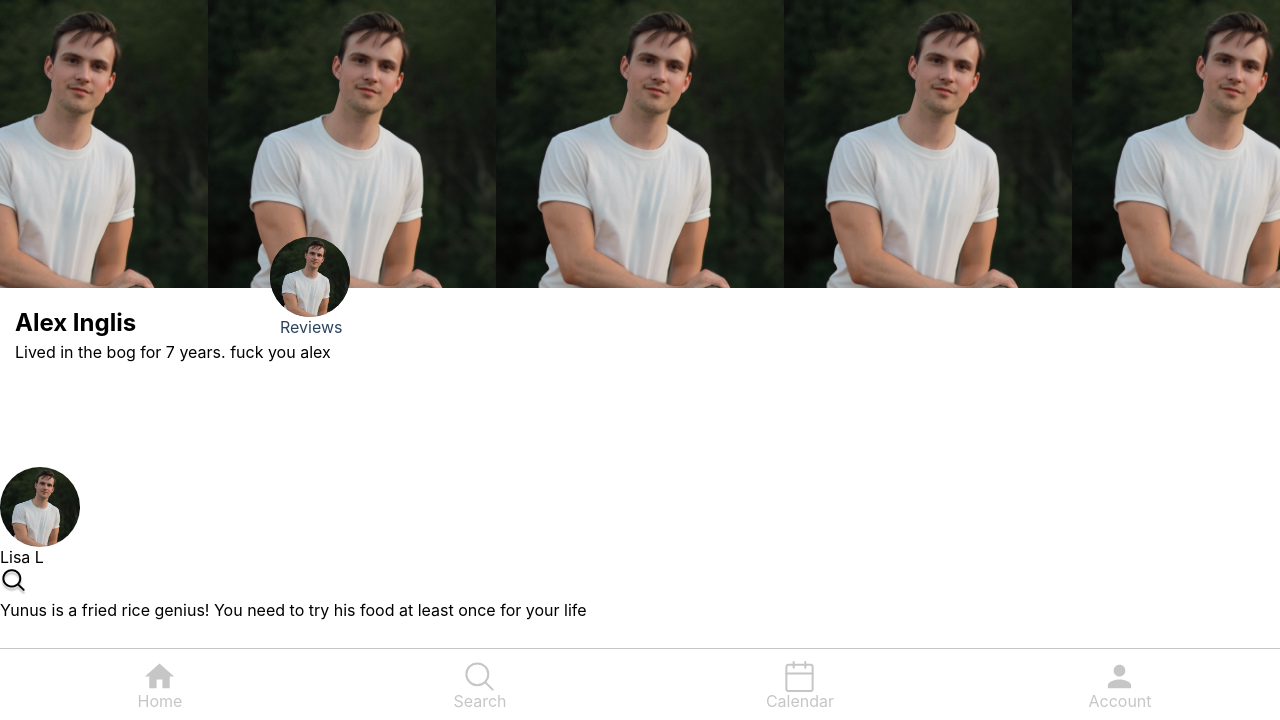
Repository: nguyenlejoe/HomeChef
Page: /MyAccountGourmet (app in app/)
The author's editor kept a copy of each file at every save. The page is drawn from the files as they stood at one save, then again after the next save.
The browser window is 1280 px wide. The pictures show the whole page.
The project was rebuilt for these pictures with package versions that can differ from the ones it lists, and the page was loaded fresh each time. Also part of the build but not shown: app/src/comps/MainButton/index.js, app/src/comps/ActivityPost/index.js.

Above is the page before, as saved 2020-11-07 11:20:13.

### app/src/App.js
import React from 'react';
//import logo from './logo.svg';
//import './App.css';
import Pages from './pages/ChefReview';

function App() {
  return (
    <Pages />
  );
}

export default App;

### app/src/pages/ChefReview.js
import React from 'react';
import './ChefPage.scss'
import NavBarGourmet from '../comps/NavBarGourmet';
import Avatar from '../comps/Avatar';
import RatingContainer from '../comps/ActivityPost';




export default function Home() {
  return<div className="app">
        <div className="CoverImage"></div>
        <div className="ChefDesc">
            <h2>Alex Inglis</h2>
            <p>Lived in the bog for 7 years. fuck you alex</p>
        </div>
        <div className="AvatarBox">
                <Avatar></Avatar>
                <a>Reviews</a>
        </div>
        <div className="ReviewList">
            <div className="review">
                <div className="AvatarBox">
                    <Avatar></Avatar>
                </div>
            </div>
            <div className="ReviewCont">
                <div className="ReviewProfile"><Avatar></Avatar>Lisa L</div>
                <div className="Rating">
                    <img src='/searchicon.png' />
                </div>
                <div>Yunus is a fried rice genius! You need to try his food at least once for your life</div>
            </div>
        </div>

        <div className="Nav">
          <NavBarGourmet
          bgimg = "/Search.png"
          title = "Search"
          btnState = {true}
          orderActive = {true}
          ></NavBarGourmet>
        </div>


    </div>

}

### app/src/pages/ChefPage.scss
.app{
    width: 100vw;
    height:100vh;
    overflow-x: hidden;
}

.CoverImage{
    height: 40%;
    background-image: url("/alex.jpg");
    background-position: center;
    background-size: contain;
}

.ChefDesc{
    height:20%;
    width: 65%;
    margin: 15px;
    p{
        margin-top: -15px;
    }
}

.FoodList{
    height:70%;
    margin-top:-70px;
    display: flex;
    flex-wrap: wrap;
    justify-content: center;
}

.food{
    margin:10px;
}

.AvatarBox{
    height:0px;
    position: relative;
    z-index: 1;
    top: -230px;
    left: 270px;
    a{
        margin-left:10px;
        color: #2B445E;
    }
}

.Nav{
    height: 10%;
    width: 100%;
    position: fixed;
    bottom: 0;
}

### app/src/comps/NavBarGourmet/index.js
import React, {useState} from 'react';
import styled, {css} from 'styled-components';
import Button from '../MainButton';

const NavContainer = styled.div`
display:flex;
height:100%;
width:100%;
background-color:#FFFFFF;
`;

const NavBox = styled.div`
justify-content:space-around;
display:flex;
align-items:center;
position:relative;
width:100%;
height:100%;
border-top: 1px solid #C6C6C6;


`;

const NavButton = styled.div`
    display:flex;
    align-items:center;
    flex-direction:column;
    margin:2px;
    width:15%;
    height:80%;
    text-align:center;

`;

const NavIcon = styled.div`
    margin-top:3px;
    margin-right:2px;
    width:55%;
    height:55%;
    background-size:contain;
    background-repeat: no-repeat;


`;

const NavLabel = styled.div`
    height:20px;
    width:100%;
    color:${props => props.ButtonActive};

`;






const NavBar = ({active, onClickHome, onClickSearch, onClickCalendar, onClickAccount}) => {

const [ButtonActiveVal,SetActive] = useState(active);

    return <NavContainer>
        <NavBox>

            <NavButton onClick={onClickHome}
            ButtonActive = {ButtonActiveVal === 1 ? "#24B574" : "#C6C6C6"}
            >
            <NavIcon>
                <svg width="35" height="35" viewBox="0 0 35 35" fill="none" xmlns="http://www.w3.org/2000/svg">
                    <path d="M14.5834 29.1667V20.4167H20.4167V29.1667H27.7084V17.5H32.0834L17.5001 4.375L2.91675 17.5H7.29175V29.1667H14.5834Z" fill={ButtonActiveVal === 1 ? "#24B574" : "#C6C6C6"}/>
                </svg>
            </NavIcon>
                <NavLabel ButtonActive={ButtonActiveVal === 1 ? "#24B574" : "#C6C6C6"}>Home</NavLabel>
            </NavButton>

            <NavButton
            onClick={onClickSearch}
            // onClick={()=>{
            //     SetActive(active);
            // }}
            ButtonActive = {ButtonActiveVal === 2 ? "#24B574" : "#C6C6C6"}
            >
                <NavIcon>
                    <svg width="35" height="35" viewBox="0 0 35 35" fill="none" xmlns="http://www.w3.org/2000/svg">
                        <path fill-rule="evenodd" clip-rule="evenodd" d="M15.3125 26.25C21.3531 26.25 26.25 21.3531 26.25 15.3125C26.25 9.27189 21.3531 4.375 15.3125 4.375C9.27189 4.375 4.375 9.27189 4.375 15.3125C4.375 21.3531 9.27189 26.25 15.3125 26.25Z" stroke={ButtonActiveVal === 2 ? "#24B574" : "#C6C6C6"} stroke-width="2" stroke-linecap="round" stroke-linejoin="round"/>
                        <path d="M30.625 30.625L23.0416 23.0417" stroke={ButtonActiveVal === 2 ? "#24B574" : "#C6C6C6"}stroke-width="2" stroke-linecap="round" stroke-linejoin="round"/>
                    </svg>
                </NavIcon>
                <NavLabel ButtonActive={ButtonActiveVal === 2 ? "#24B574" : "#C6C6C6"} >Search</NavLabel>
            </NavButton>

            <NavButton
            onClick={onClickCalendar}
            // onClick={()=>{
            //     SetActive(active);
            // }}
            ButtonActive = {ButtonActiveVal === 3 ? "#24B574" : "#C6C6C6"}
            >
                <NavIcon>
                    <svg width="35" height="35" viewBox="0 0 35 35" fill="none" xmlns="http://www.w3.org/2000/svg">
                        <path fill-rule="evenodd" clip-rule="evenodd" d="M4.375 7.83325C4.375 6.72868 5.27043 5.83325 6.375 5.83325H28.625C29.7296 5.83325 30.625 6.72868 30.625 7.83325V30.0833C30.625 31.1878 29.7296 32.0833 28.625 32.0833H6.375C5.27043 32.0833 4.375 31.1878 4.375 30.0833V7.83325Z" stroke={ButtonActiveVal === 3 ? "#24B574" : "#C6C6C6"} stroke-width="2" stroke-linecap="round" stroke-linejoin="round"/>
                        <path d="M23.3333 2.91675V8.75008" stroke={ButtonActiveVal === 3 ? "#24B574" : "#C6C6C6"} stroke-width="2" stroke-linecap="round" stroke-linejoin="round"/>
                        <path d="M11.6667 2.91675V8.75008" stroke={ButtonActiveVal === 3 ? "#24B574" : "#C6C6C6"} stroke-width="2" stroke-linecap="round" stroke-linejoin="round"/>
                        <path d="M4.375 14.5833H30.625" stroke={ButtonActiveVal === 3 ? "#24B574" : "#C6C6C6"} stroke-width="2" stroke-linecap="round" stroke-linejoin="round"/>
                    </svg>
                </NavIcon>
                <NavLabel ButtonActive={ButtonActiveVal === 3 ? "#24B574" : "#C6C6C6"}>Calendar</NavLabel>
            </NavButton>


            <NavButton
            onClick={onClickAccount}
            // onClick={()=>{
            //     SetActive(active);
            // }}
            ButtonActive = {ButtonActiveVal === 4 ? "#24B574" : "#C6C6C6"}
            >
                <NavIcon>
                    <svg width="35" height="35" viewBox="0 0 35 35" fill="none" xmlns="http://www.w3.org/2000/svg">
                        <path d="M17.4999 17.4999C20.7228 17.4999 23.3332 14.8895 23.3332 11.6666C23.3332 8.44367 20.7228 5.83325 17.4999 5.83325C14.277 5.83325 11.6666 8.44367 11.6666 11.6666C11.6666 14.8895 14.277 17.4999 17.4999 17.4999ZM17.4999 20.4166C13.6062 20.4166 5.83325 22.3708 5.83325 26.2499V29.1666H29.1666V26.2499C29.1666 22.3708 21.3937 20.4166 17.4999 20.4166Z" fill={ButtonActiveVal === 4 ? "#24B574" : "#C6C6C6"}/>
                    </svg>
                </NavIcon>
                <NavLabel ButtonActive={ButtonActiveVal === 4 ? "#24B574" : "#C6C6C6"}>Account</NavLabel>
            </NavButton>
        </NavBox>
    </NavContainer>

}

NavBar.defaultProps = {
    title: "label",
    bgimg: "/Home.png",
    orderNum: "0",
    ButtonActive:"black"

}

export default NavBar;

### app/src/comps/Avatar/index.js
import React from 'react';
import styled from 'styled-components';

const AvatarContainer = styled.div`
width:80px;
height:80px;
`;

const AvatarImg = styled.div`
min-width:100%;
min-height:100%;
background-image:url(${props=>props.bgimg ? props.bgimg : "none"});
background-size:cover;
border-radius:100px;

`;

const Avatar = ({bgimg}) =>{
    return <AvatarContainer>
        <AvatarImg bgimg={bgimg}></AvatarImg>
    </AvatarContainer>
}

Avatar.defaultProps = {
    bgimg : "./alex.jpg"
}

export default Avatar;

Loaded but not shown: app/public/index.html (common file); app/src/index.js (common file); app/src/index.css (common file); app/src/serviceWorker.js (common file)

After the next save:
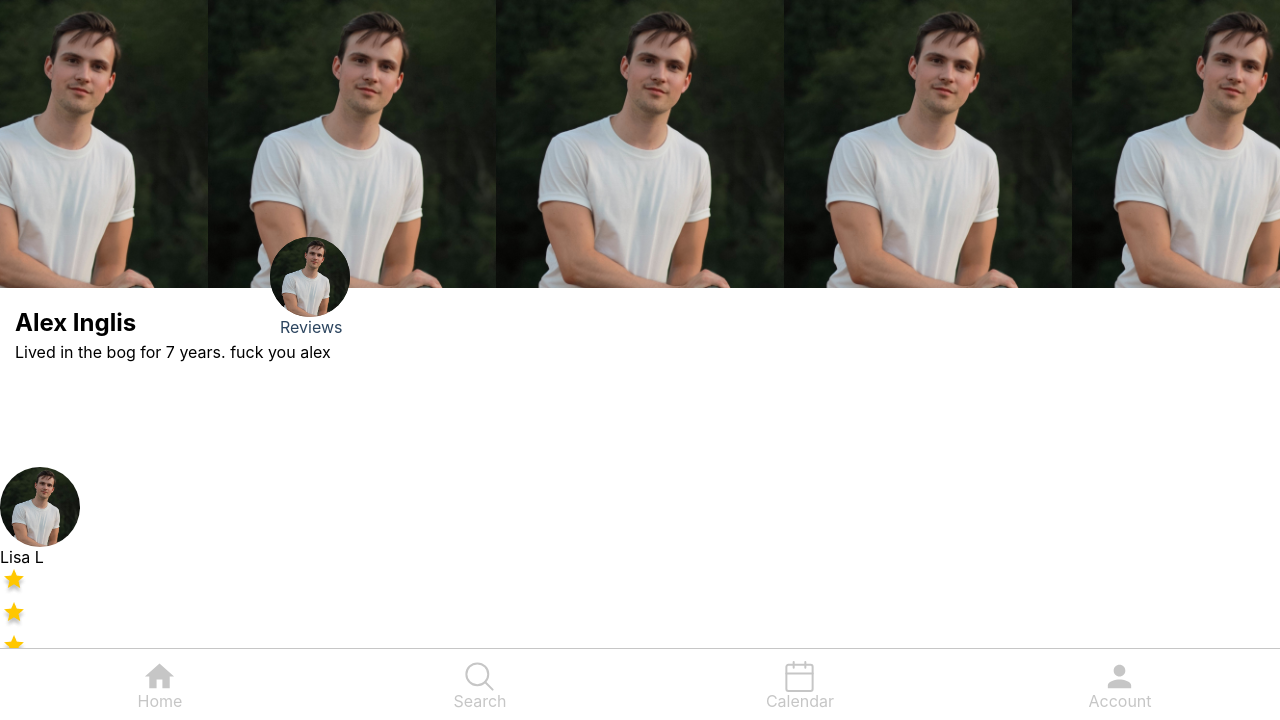
Saved 63 s later.
--- a/app/src/pages/ChefReview.js
+++ b/app/src/pages/ChefReview.js
@@ -27,7 +27,11 @@ export default function Home() {
             <div className="ReviewCont">
                 <div className="ReviewProfile"><Avatar></Avatar>Lisa L</div>
                 <div className="Rating">
-                    <img src='/searchicon.png' />
+                    <div className="stars"><img src='/star.png' /></div>
+                    <div className="stars"><img src='/star.png' /></div>
+                    <div className="stars"><img src='/star.png' /></div>
+                    <div className="stars"><img src='/star.png' /></div>
+                    <div className="stars"><img src='/star.png' /></div>
                 </div>
                 <div>Yunus is a fried rice genius! You need to try his food at least once for your life</div>
             </div>
